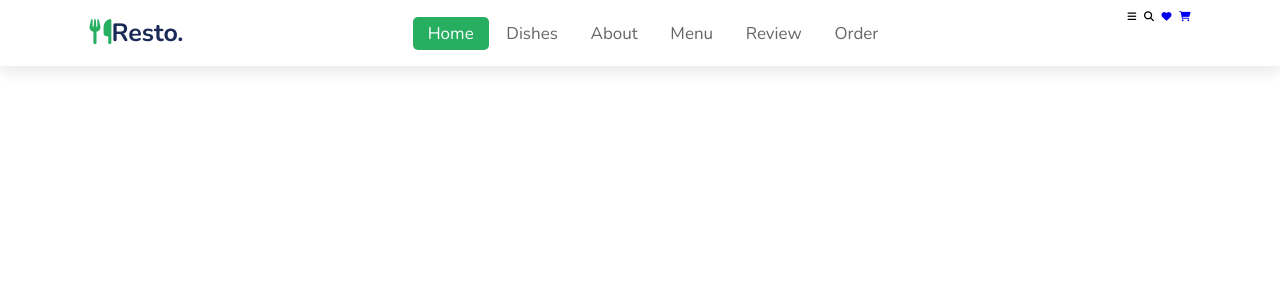
Repository: CarsonDev1/FoodWeb
Page: index.html
An editor plug-in stored every save of this project. The page is shown before and after the next save, followed by the edit.
The browser window is 1280 px wide. The pictures show the whole page.
Some web libraries are served in a nearby version.

Above is the page before, as saved 2022-05-18 17:58:50.

After the next save:
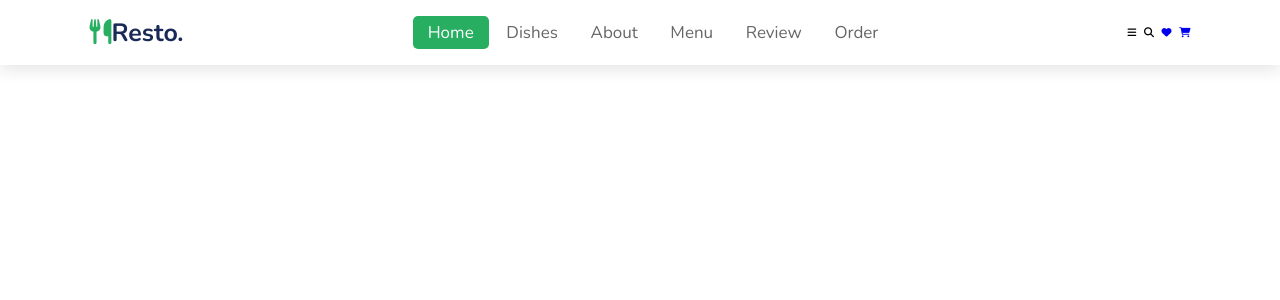
Saved 11 s later.
--- a/css/style.css
+++ b/css/style.css
@@ -58,4 +58,5 @@
   cursor: pointer;
   margin-left: 0.5rem;
   height: 4.5rem;
+  line-height: 4.5rem;
 }

After the save that followed:
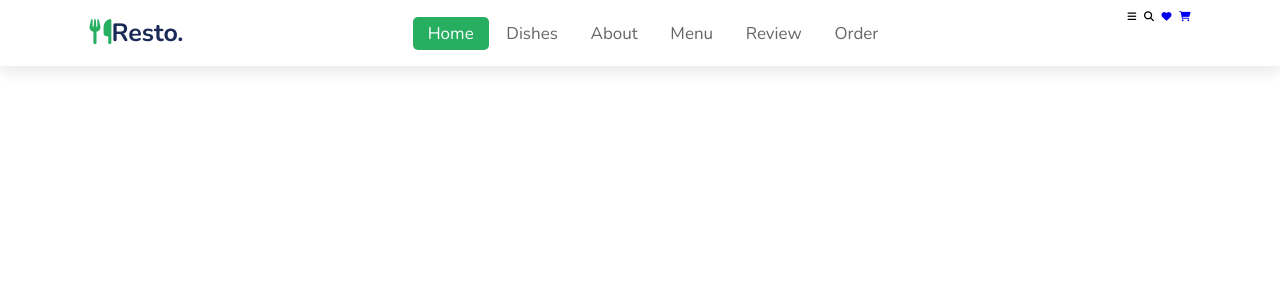
Saved 4 s later.
--- a/css/style.css
+++ b/css/style.css
@@ -58,5 +58,5 @@
   cursor: pointer;
   margin-left: 0.5rem;
   height: 4.5rem;
-  line-height: 4.5rem;
+  line-height: ;
 }
